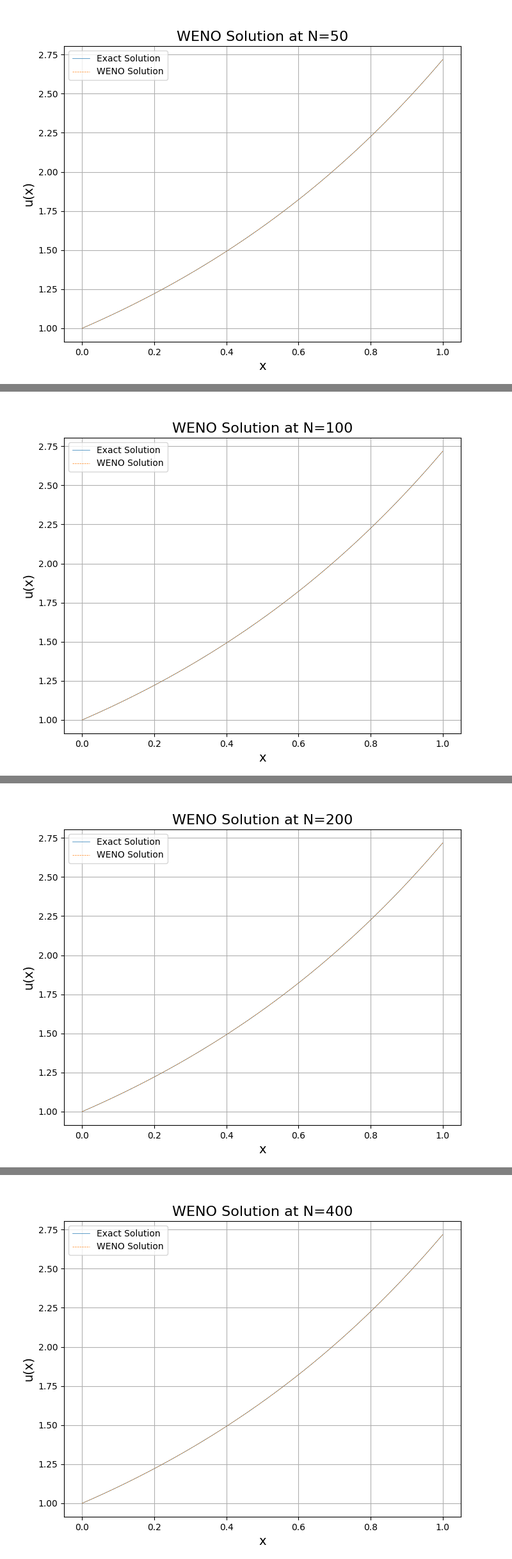
Repository: mishiroo/WENO
Script's output: python main.py
These files come from the project's save history. The script's output is drawn as it stood at one moment and after the next save; the edit follows.
The pictures are shown at 64% of full size.
Each picture stacks the figures in order, with grey between them; figures that are only written to a file come last. Random numbers start from a fixed seed.

Above is the script's output before, as saved 2024-12-13 16:30:07.

After the next save:
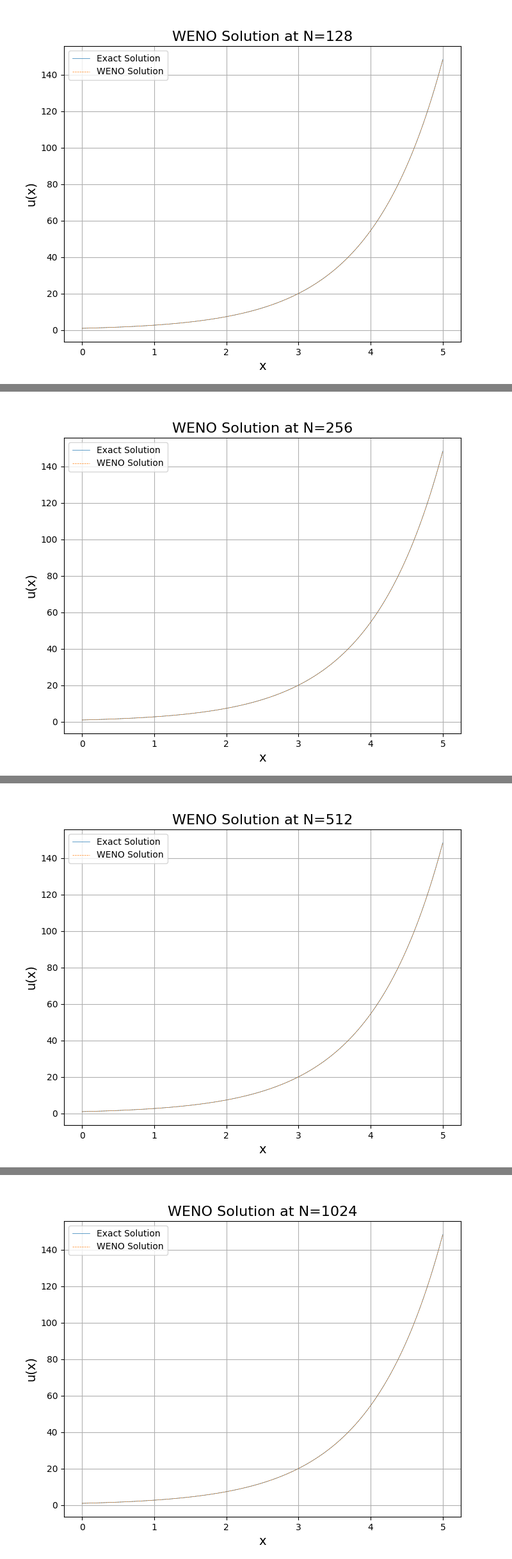
Saved 13 s later.
--- a/main.py
+++ b/main.py
@@ -4,15 +4,15 @@ import numpy as np
 
 # 计算误差阶
 # N: Num of cells 网格密度太大 机器误差会影响收敛
-# NList = [128, 256, 512, 1024]
-NList = [50, 100, 200, 400]
+NList = [128, 256, 512, 1024]
+# NList = [50, 100, 200, 400]
 # 存储计算结果
 l2_err_list = []
 linf_err_list = []
 solution_list = []
 
 for n in NList:
-    mesh = WENO.Mesh(0, 1, n)  # 实例化的Mesh mesh.mesh访问网格本身
+    mesh = WENO.Mesh(0, 5, n)  # 实例化的Mesh mesh.mesh访问网格本身
     mesh.SetTestAverageValues()
     theo_values = np.exp(mesh.mesh)
     weno = WENO.WENO1D(mesh=mesh.mesh, avg_values=mesh.avg_values, k=5)
